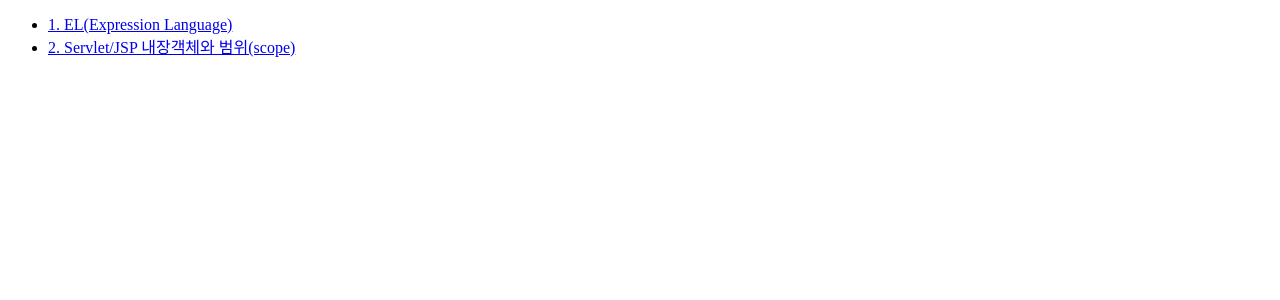
Repository: hyungjuIM/06_Server
Page: JSPProject2/src/main/webapp/index.html
The author's editor kept a copy of each file at every save. The page is drawn from the files as they stood at one save, then again after the next save.
The browser window is 1280 px wide. The pictures show the whole page.

Above is the page before, as saved 2023-03-21 09:08:20.

After the next save:
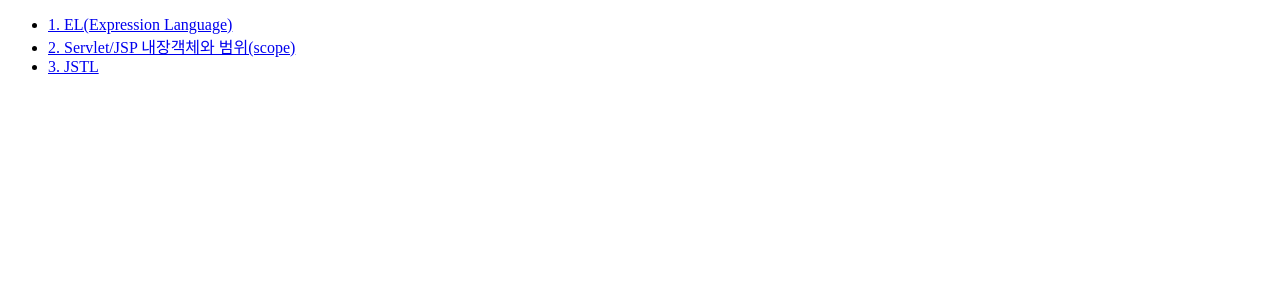
Saved 57 min 57 s later.
--- a/JSPProject2/src/main/webapp/index.html
+++ b/JSPProject2/src/main/webapp/index.html
@@ -21,6 +21,10 @@
 			목표 페이지 주소 : /JSPProject2/scope
 		 -->
 	</li>
+
+	<li>
+		<a href="jstl">3. JSTL</a>
+	</li>
 </ul>
 
 </body>
